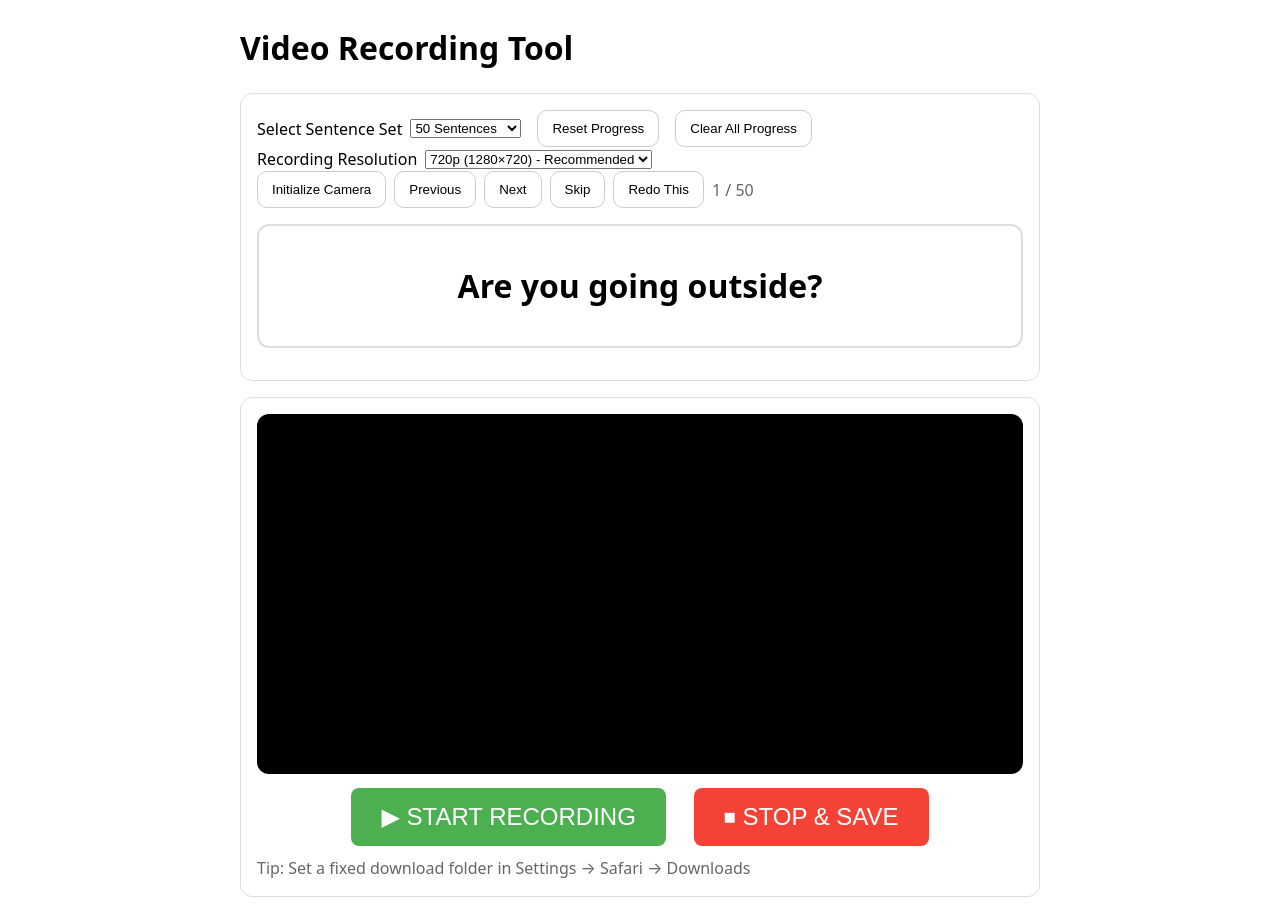
Repository: video2speech/video2speech.github.io
Page: index.html
The author's editor kept a copy of each file at every save. The page is drawn from the files as they stood at one save, then again after the next save.
The browser window is 1280 px wide. The pictures show the whole page.

Above is the page before, as saved 2025-09-04 06:33:53.

After the next save:
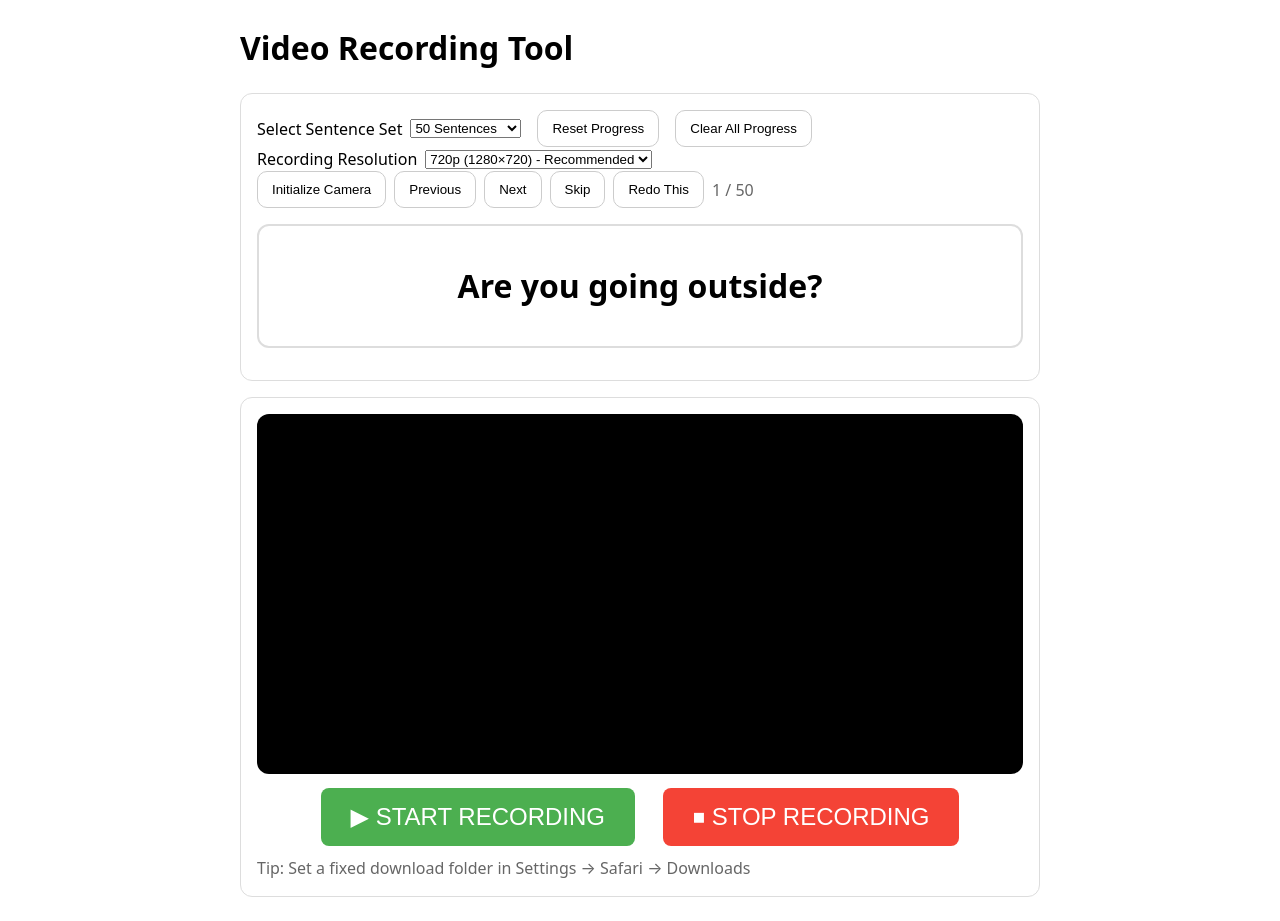
Saved 6 s later.
--- a/index.html
+++ b/index.html
@@ -55,7 +55,7 @@
     <video id="preview" playsinline autoplay muted></video>
     <div class="row" style="margin-top:8px; justify-content: center;">
       <button id="start" style="font-size: 1.5rem; padding: 15px 30px; background: #4CAF50; color: white; border: none; border-radius: 8px; cursor: pointer; margin: 0 10px;">▶ START RECORDING</button>
-      <button id="stop" style="font-size: 1.5rem; padding: 15px 30px; background: #f44336; color: white; border: none; border-radius: 8px; cursor: pointer; margin: 0 10px;">⏹ STOP & SAVE</button>
+      <button id="stop" style="font-size: 1.5rem; padding: 15px 30px; background: #f44336; color: white; border: none; border-radius: 8px; cursor: pointer; margin: 0 10px;">⏹ STOP RECORDING</button>
     </div>
     <div class="row" style="justify-content: center; margin-top: 10px;">
       <div id="recordingStatus" style="font-size: 1.2rem; font-weight: bold; color: #f44336; display: none;">🔴 RECORDING IN PROGRESS</div>
